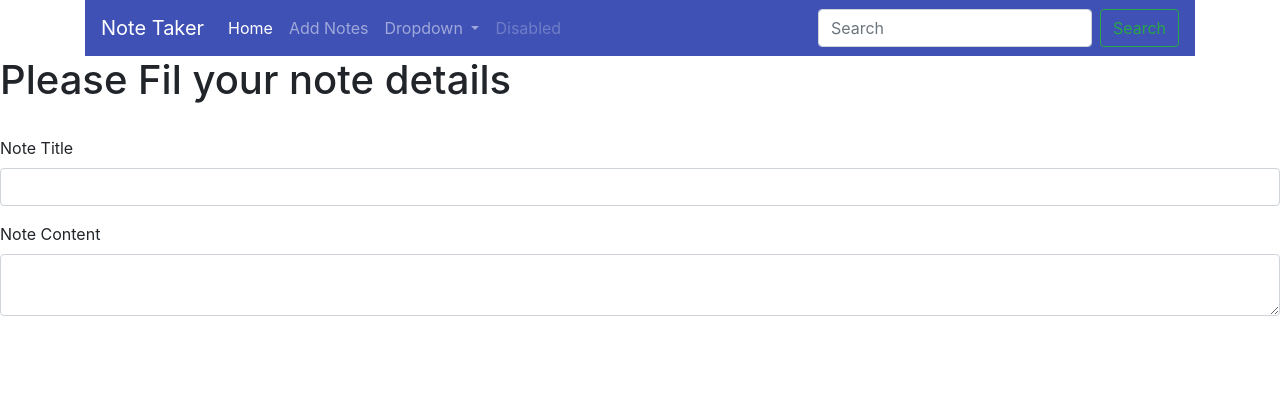
Repository: SudarshanSarnaik/Note_Taker
Page: http://localhost/NoteTaker/add_notes.jsp
These files come from the project's save history. The page is drawn as it stood at one moment and after the next save; the edit follows.
The browser window is 1280 px wide. The pictures show the whole page.
The page is served by Tomcat 9.

Above is the page before, as saved 2025-01-28 05:33:41.

After the next save:
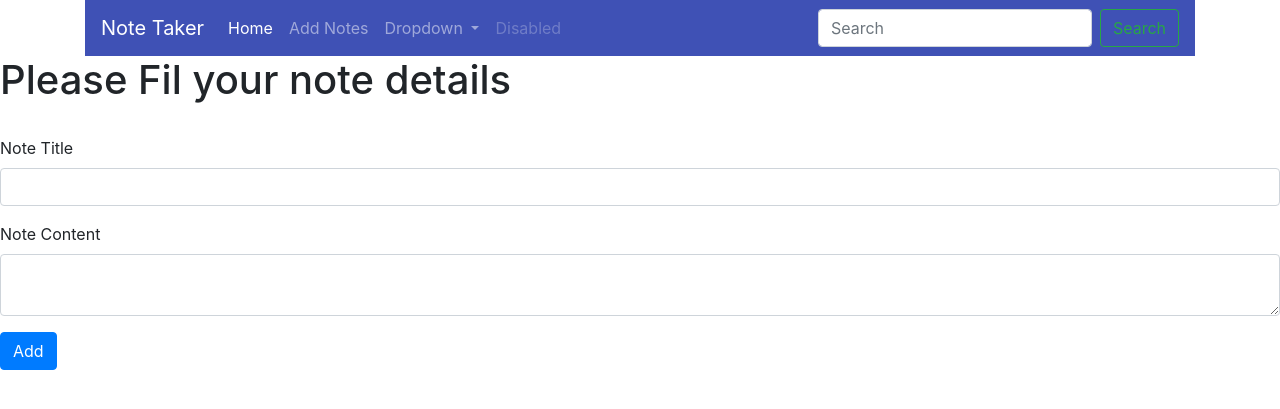
Saved 6 s later.
--- a/NoteTaker/src/main/webapp/add_notes.jsp
+++ b/NoteTaker/src/main/webapp/add_notes.jsp
@@ -39,6 +39,7 @@
 				id="content">
 				</textarea>
 		</div class="container text-center">
+		<button type="submit" class="btn btn-primary">Add</button>
 		<div>
 		</div>
 
